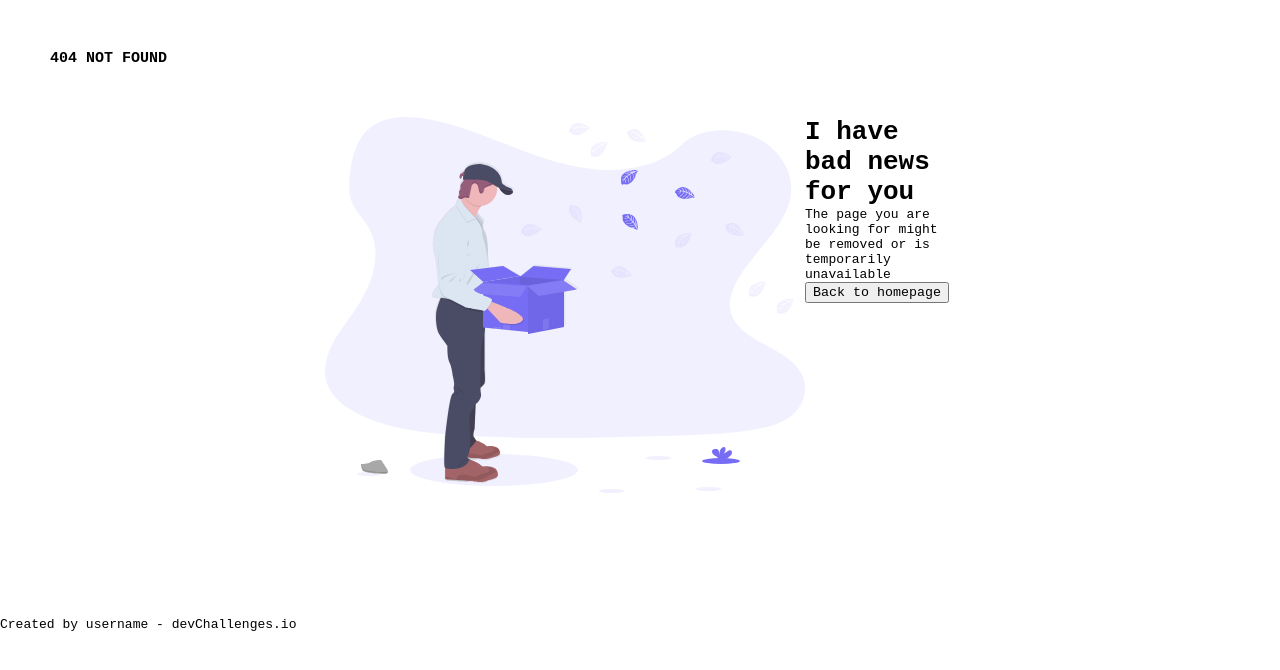
Repository: georgisenze/404-not-found-challeng
Page: index.html
An editor plug-in stored every save of this project. The page is shown before and after a run of saves, followed by the edit.
The browser window is 1280 px wide. The pictures show the whole page.

Above is the page before, as saved 2023-02-21 06:38:49.

### index.html
<!DOCTYPE html>
<html lang="en">
<head>
    <meta charset="UTF-8">
    <meta http-equiv="X-UA-Compatible" content="IE=edge">
    <meta name="viewport" content="width=device-width, initial-scale=1.0">
    <title>404 page not found</title>
    <link rel="stylesheet" href="assets/css/style.css">
    <link
      href="https://fonts.googleapis.com/css2?family=Poppins:wght@400;500&display=swap"
      rel="stylesheet"
    />
</head>
<body>
    <div class="main">
        <header>
            <p>404 not found</p>
        </header>

        <div class="container">
            <div class="row">
                <div class="left">
                    <img src="assets/img/404-illustration.svg" alt="">
                </div>
                <div class="rigth">
                    <div class="col-2">
                        <h1>I have bad news for  you</h1>
                    </div>
                    <div class="col-2">
                        <p>The page you are looking for might be removed or is temporarily unavailable</p>
                    </div>
                    <div class="col-2">
                        <button>Back to homepage</button>
                    </div>
                </div>
            </div>
        </div>


        <footer>
            <p>Created by <span>username</span> - devChallenges.io </p>
        </footer>
    </div>
</body>
</html>

### assets/css/style.css
*{
    margin: 0;
    font-family: monospace;
}

.main {
    min-width: 100%;
    height: 100%;
}

header p {
    text-transform: uppercase;
    font-weight: bold;
    font-size: 15px;
    padding: 50px;
}

.container{
    display: flex;
    justify-content: center;
}

.row{
    display: flex;
    justify-content: space-around;
    height: 500px;
}

.rigth{
    width: 150px;
}

After the next 7 saves:
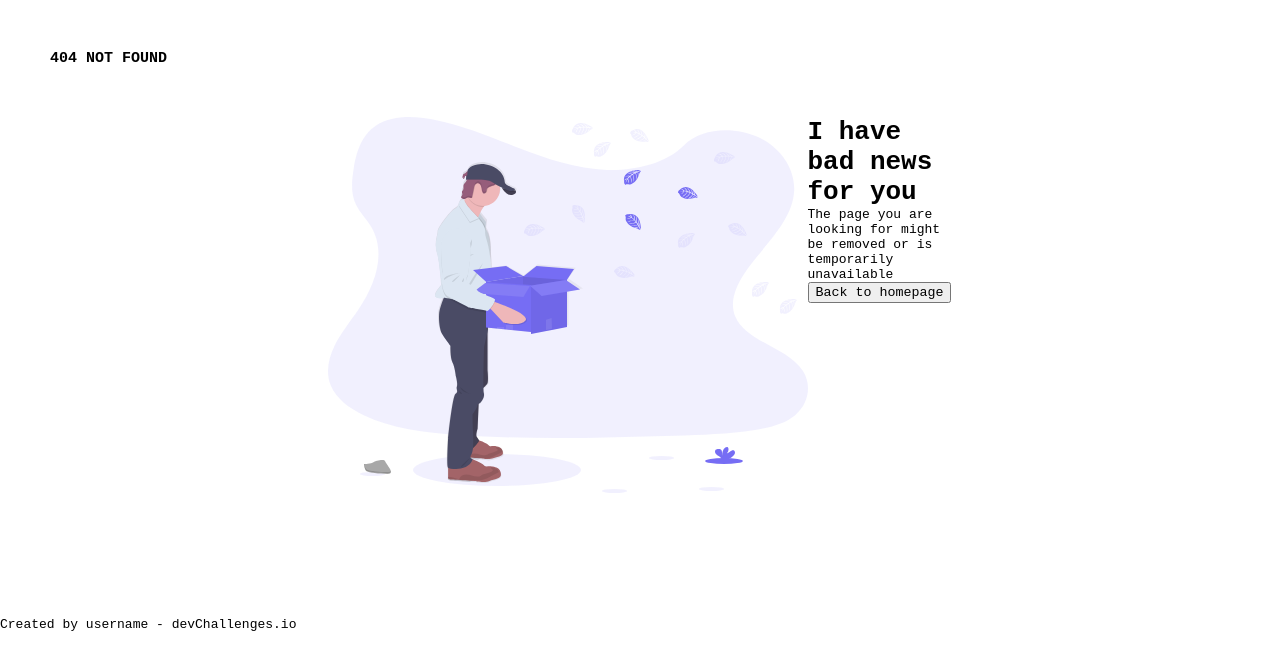
The 7 saves are shown as one change because they came seconds apart.
The last was saved 37 s later.
--- a/assets/css/style.css
+++ b/assets/css/style.css
@@ -26,6 +26,10 @@ header p {
     height: 500px;
 }
 
+.left {
+    margin-left: 5px;
+}
+
 .rigth{
     width: 150px;
 }
